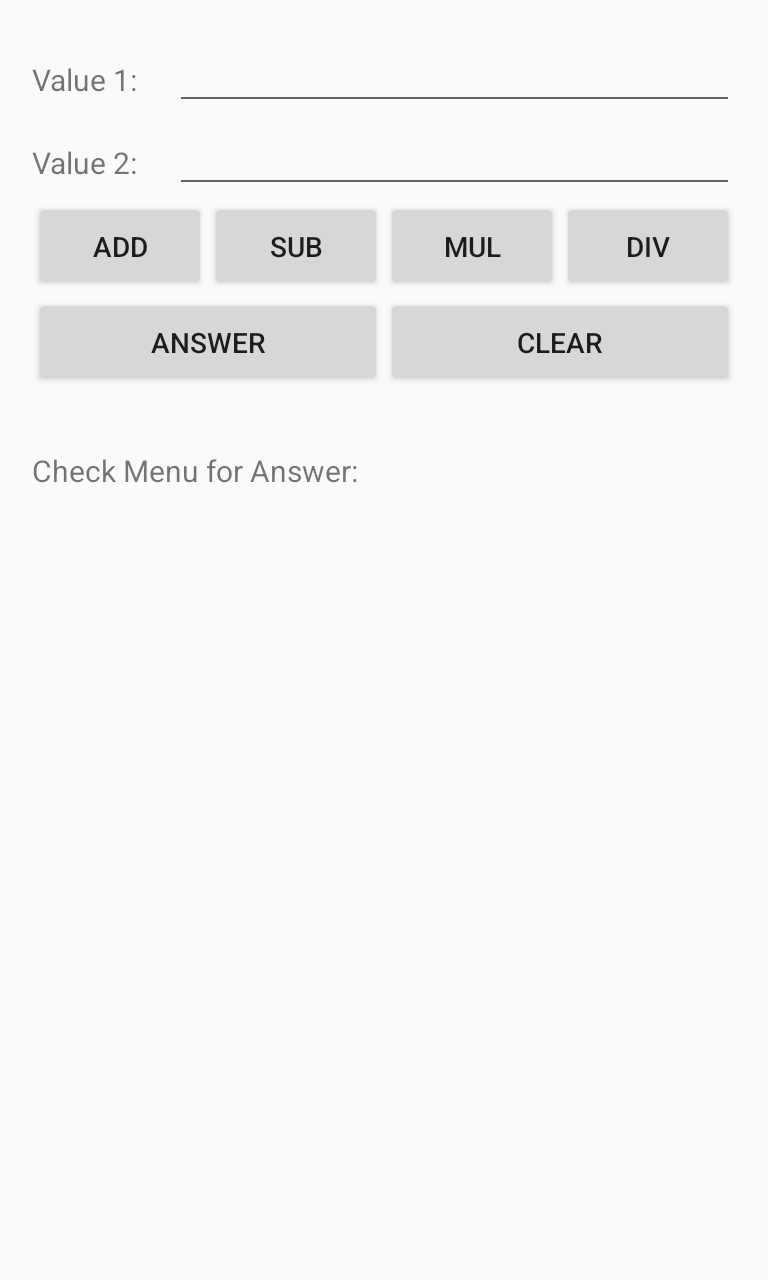
Repository: tamilkarun/Android
Layout: Calc/res/layout/fragment_main.xml
These files come from the project's save history. The layout is drawn as it stood at one moment and after the next save; the edit follows.
It is drawn on a 768 x 1280 px phone screen (xhdpi) without system bars, with theme AppTheme; the app's code is not run.

Above is the layout before, as saved 2014-05-14 06:47:47.

### Calc/res/layout/fragment_main.xml
<LinearLayout xmlns:android="http://schemas.android.com/apk/res/android"
    xmlns:tools="http://schemas.android.com/tools"
    android:id="@+id/LinearLayout1"
    android:layout_width="match_parent"
    android:layout_height="match_parent"
    android:orientation="vertical"
    android:paddingBottom="@dimen/activity_vertical_margin"
    android:paddingLeft="@dimen/activity_horizontal_margin"
    android:paddingRight="@dimen/activity_horizontal_margin"
    android:paddingTop="@dimen/activity_vertical_margin"
    tools:context="com.example.calc.MainActivity$PlaceholderFragment">

    <LinearLayout
        android:id="@+id/linearLayout1"
        android:layout_width="fill_parent"
        android:layout_height="wrap_content"
        android:orientation="vertical" >
		<LinearLayout
		    android:layout_width="fill_parent"
        	android:layout_height="wrap_content"
        	android:orientation="horizontal"
        	android:weightSum="100">
        <TextView
            android:id="@+id/Value1"
            android:layout_width="fill_parent"
            android:layout_height="wrap_content"
            android:text="Value 1: "
            android:gravity="left"
            android:textSize="15dp"
            android:layout_weight="80"
            />
        <EditText
            android:id="@+id/Num1"
            android:layout_width="fill_parent"
            android:layout_height="wrap_content"
            android:layout_below="@+id/linearLayout1"
            android:layout_centerHorizontal="true"
            android:inputType="number"
            android:layout_weight="20" >
        </EditText>
		</LinearLayout>

		<LinearLayout
		    android:layout_width="fill_parent"
        	android:layout_height="wrap_content"
        	android:orientation="horizontal"
        	android:weightSum="100">
        <TextView
            android:id="@+id/Value2"
            android:layout_width="fill_parent"
            android:layout_height="wrap_content"
            android:text="Value 2: "
            android:gravity="left"
            android:textSize="15dp"
            android:layout_weight="80"
            />
        <EditText
            android:id="@+id/Num2"
            android:layout_width="fill_parent"
            android:layout_height="wrap_content"
            android:layout_alignLeft="@+id/Num1"
            android:layout_below="@+id/Num1"
            android:ems="10"
            android:inputType="number"
            android:layout_weight="20" />
		</LinearLayout>

		<LinearLayout
		    android:layout_width="fill_parent"
        	android:layout_height="wrap_content"
        	android:orientation="horizontal">
        <Button
            android:id="@+id/Add"
            android:layout_width="wrap_content"
            android:layout_height="wrap_content"
            android:text="Add" />
		<Button
            android:id="@+id/Sub"
            android:layout_width="wrap_content"
            android:layout_height="wrap_content"
            android:text="Sub" />
		<Button
            android:id="@+id/Mul"
            android:layout_width="wrap_content"
            android:layout_height="wrap_content"
            android:text="Mul" />
		<Button
            android:id="@+id/Div"
            android:layout_width="wrap_content"
            android:layout_height="wrap_content"
            android:text="Div" />
		</LinearLayout>



    <LinearLayout
	    	android:layout_width="fill_parent"
        	android:layout_height="wrap_content"
        	android:orientation="horizontal"
        	android:weightSum="100"
        	>
        <Button
            android:id="@+id/AnswerButton"
            android:layout_width="wrap_content"
            android:layout_height="wrap_content"
            android:layout_weight="50"
            android:text="Answer" />
        <Button
            android:id="@+id/ClearButton"
            android:layout_width="wrap_content"
            android:layout_height="wrap_content"
            android:layout_weight="50"
            android:text="Clear" />

        </LinearLayout>



		<TextView
            android:id="@+id/AddResult"
            android:layout_marginTop="30dp"
            android:layout_width="fill_parent"
            android:layout_height="wrap_content"
            android:text="Check Menu for Answer: "
            android:gravity="left"
            android:textSize="15dp" />

	</LinearLayout>
</LinearLayout>

Loaded but not shown: Calc/res/values/styles.xml (common file); Calc/res/values-v11/styles.xml (common file); Calc/res/values-v14/styles.xml (common file); Calc/res/values/dimens.xml (common file); Calc/res/values-w820dp/dimens.xml (common file)

After the next save:
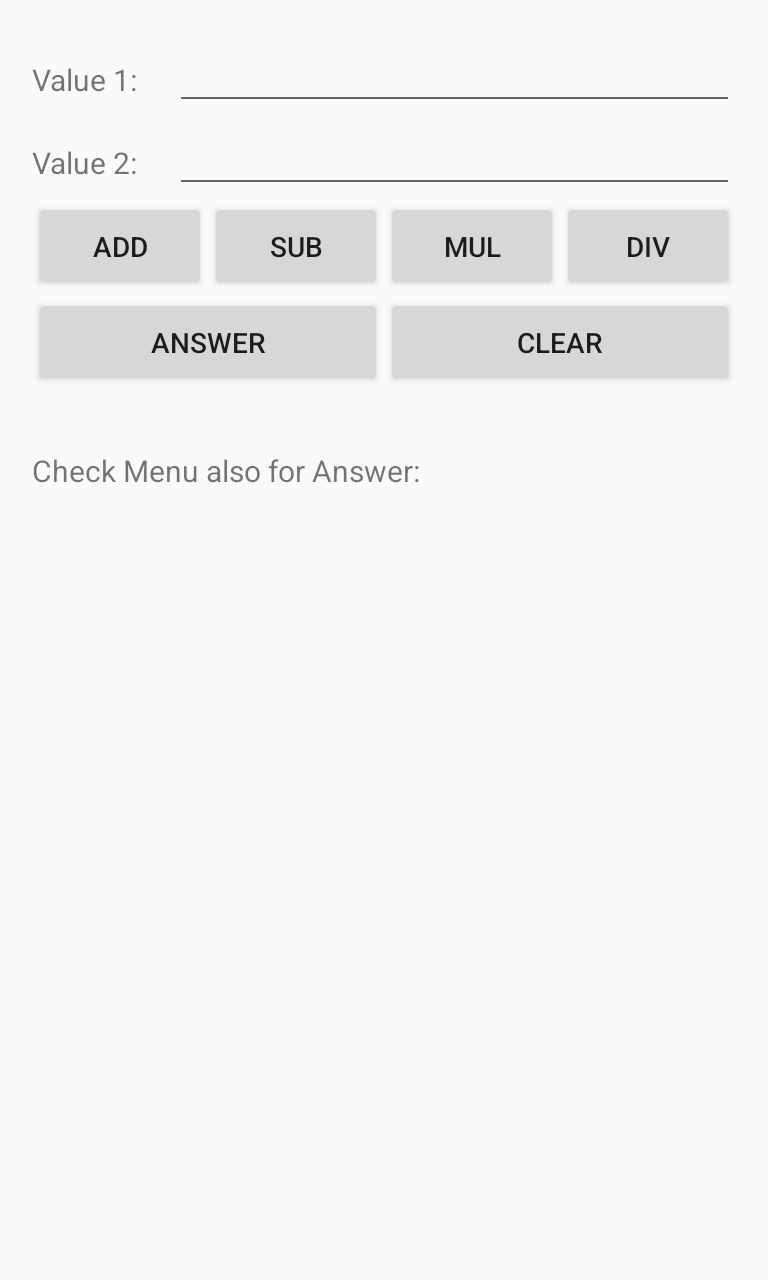
Saved 62 s later.
--- a/Calc/res/layout/fragment_main.xml
+++ b/Calc/res/layout/fragment_main.xml
@@ -121,7 +121,7 @@
             android:layout_marginTop="30dp"
             android:layout_width="fill_parent"
             android:layout_height="wrap_content"
-            android:text="Check Menu for Answer: "
+            android:text="Check Menu also for Answer: "
             android:gravity="left"
             android:textSize="15dp" />
 
